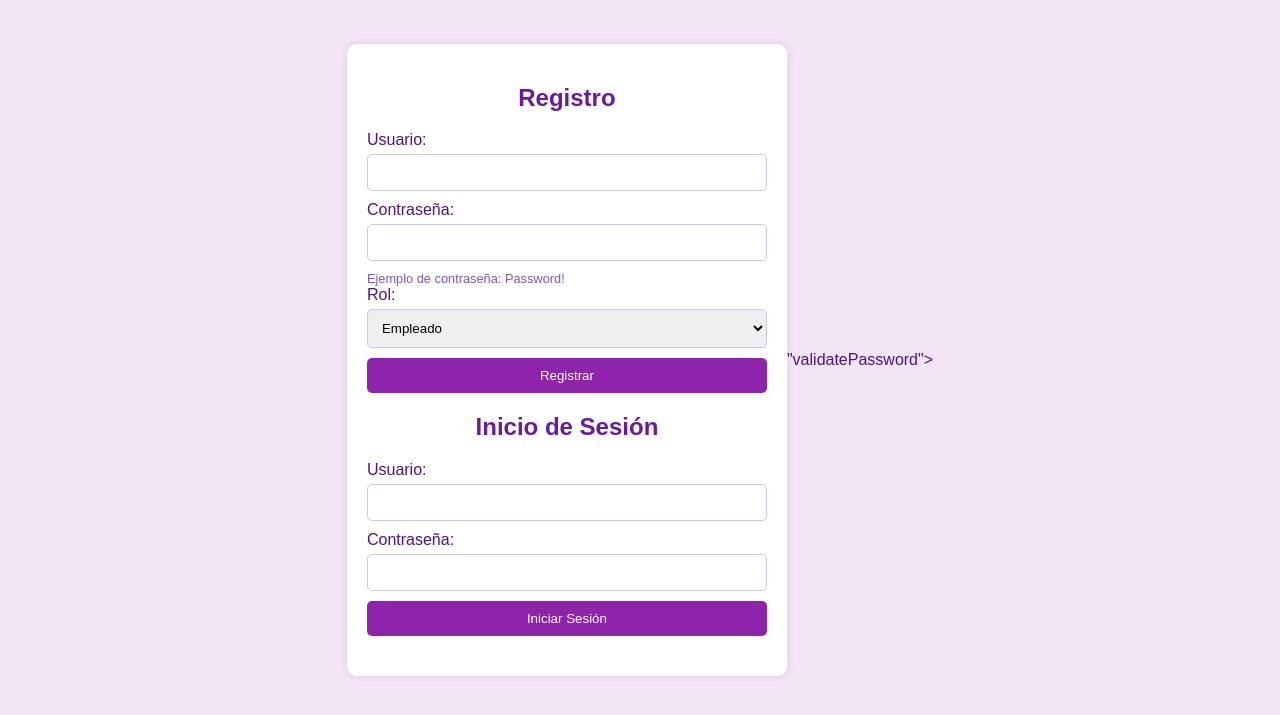
Repository: Connie75/API
Page: index.html
The author's editor kept a copy of each file at every save. The page is drawn from the files as they stood at one save, then again after the next save.
The browser window is 1280 px wide. The pictures show the whole page.

Above is the page before, as saved 2024-07-31 01:06:46.

### index.html
<!DOCTYPE html>
<html lang="es">
<head>
    <meta charset="UTF-8">
    <meta name="viewport" content="width=device-width, initial-scale=1.0">
    <link rel="stylesheet" href="Styles.css">

    <title>Registro e Inicio de Sesión</title>
</head>
<body>
    <div class="container">
        <h2>Registro</h2>
        <form action="register.php" method="post">
            <label for="username">Usuario:</label>
            <input type="text" id="username" name="username" required>
            <label for="password">Contraseña:</label>
            <input type="password" id="password" name="password" required>
            <div class="password-hint">Ejemplo de contraseña: Password!</div>
            <label for="role">Rol:</label>
            <select id="role" name="role" required>
                <option value="employee">Empleado</option>
                <option value="admin">Administrador</option>
            </select>
            <input type="submit" value="Registrar">
        </form>

        <h2>Inicio de Sesión</h2>
        <form action="login.php" method="post">
            <label for="username">Usuario:</label>
            <input type="text" id="username" name="username" required>
            <label for="password">Contraseña:</label>
            <input type="password" id="password" name="password" required>
            <input type="submit" value="Iniciar Sesión">
        </form>
    </div>"validatePassword"></script>
</body>
</html>

### Styles.css
body {
    font-family: Arial, sans-serif;
    background-color: #f3e5f5; /* Lila claro */
    color: #4a148c; /* Morado oscuro */
    display: flex;
    justify-content: center;
    align-items: center;
    height: 100vh;
    margin: 0;
    padding: 20px;
    box-sizing: border-box;
}
.container {
    background-color: #ffffff; /* Blanco */
    padding: 20px;
    border-radius: 10px;
    box-shadow: 0 0 10px rgba(0, 0, 0, 0.1);
    width: 100%;
    max-width: 400px;
    text-align: center;
}
h2 {
    color: #6a1b9a; /* Morado medio */
}
form {
    margin-bottom: 20px;
}
label {
    display: block;
    margin-bottom: 5px;
    text-align: left;
}
input[type="text"],
input[type="password"],
select {
    width: 100%;
    padding: 10px;
    margin-bottom: 10px;
    border: 1px solid #d1c4e9; /* Lila claro */
    border-radius: 5px;
    box-sizing: border-box;
}
input[type="submit"] {
    background-color: #8e24aa; /* Morado */
    color: #ffffff; /* Blanco */
    padding: 10px;
    border: none;
    border-radius: 5px;
    cursor: pointer;
    width: 100%;
}
input[type="submit"]:hover {
    background-color: #6a1b9a; /* Morado medio */
}
.error-message {
    color: red;
    font-size: 0.9em;
    margin-bottom: 10px;
}
.password-hint {
    font-size: 0.8em;
    color: #7e57c2; /* Lila oscuro */
    text-align: left;
}

@media (max-width: 600px) {
    .container {
        padding: 15px;
    }
    input[type="text"],
    input[type="password"],
    select {
        padding: 8px;
    }
    input[type="submit"] {
        padding: 8px;
    }
}

After the next save:
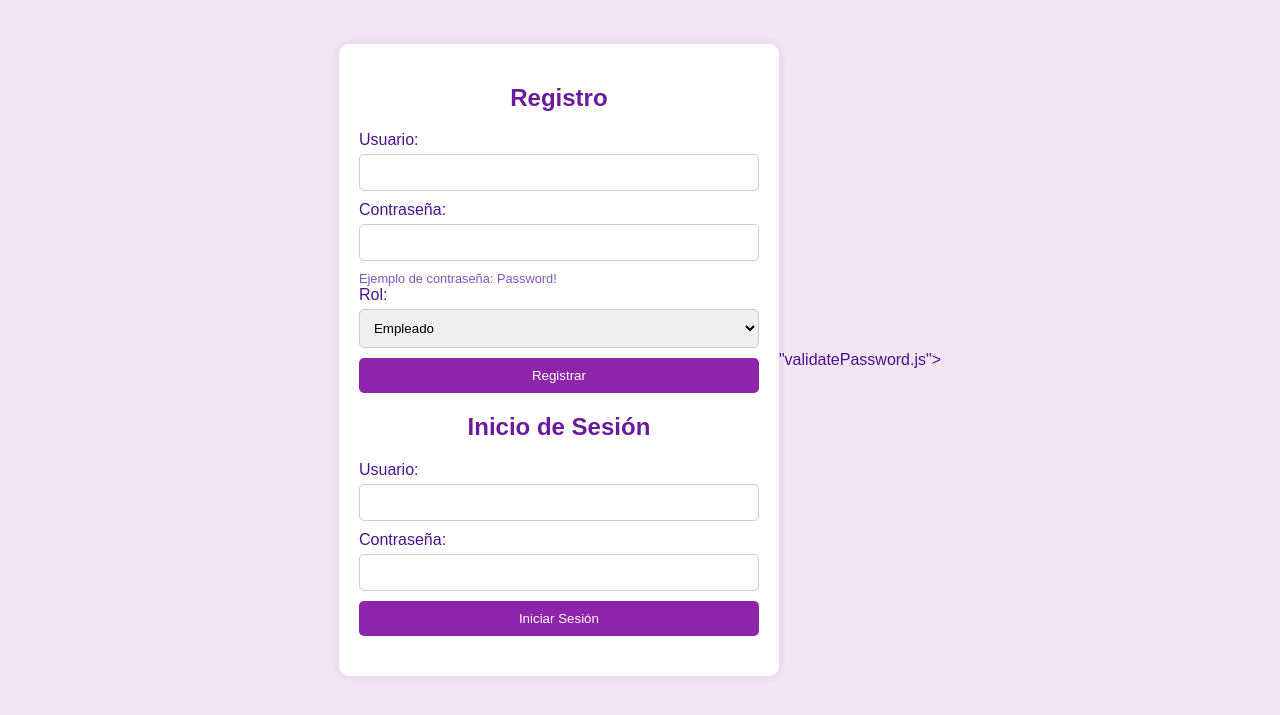
Saved 4 s later.
--- a/index.html
+++ b/index.html
@@ -32,6 +32,6 @@
             <input type="password" id="password" name="password" required>
             <input type="submit" value="Iniciar Sesión">
         </form>
-    </div>"validatePassword"></script>
+    </div>"validatePassword.js"></script>
 </body>
 </html>
